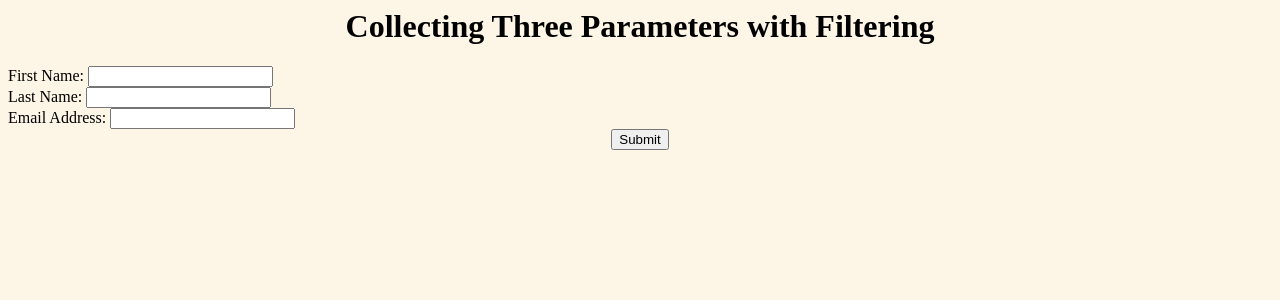
Repository: renchsan/CST-4713-JSP
Page: eclipse-workspace/exercise-forms/WebContent/registration-redirect.html
An editor plug-in stored every save of this project. The page is shown before and after the next save, followed by the edit.
The browser window is 1280 px wide. The pictures show the whole page.

Above is the page before, as saved 2018-09-25 20:19:41.

### eclipse-workspace/exercise-forms/WebContent/registration-redirect.html
<!DOCTYPE HTML PUBLIC "-//W3C//DTD HTML 4.0 Transitional//EN">
<HTML><HEAD><TITLE>Collecting Three Parameters with Filtering</TITLE></HEAD>
<BODY BGCOLOR="#FDF5E6">
<H1 ALIGN="CENTER">Collecting Three Parameters with Filtering</H1>

<FORM ACTION="registration" method="POST">
  First Name:  <INPUT TYPE="TEXT" NAME="param1"><BR>
  Last Name: <INPUT TYPE="TEXT" NAME="param2"><BR>
  Email Address:  <INPUT TYPE="TEXT" NAME="param3"><BR>
  <CENTER><INPUT TYPE="SUBMIT"></CENTER>
</FORM>

</BODY></HTML>

After the next save:
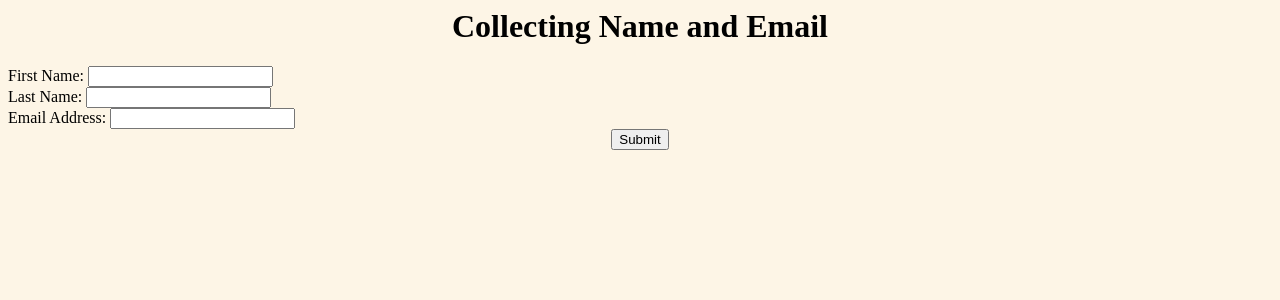
Saved 80 s later.
--- a/eclipse-workspace/exercise-forms/WebContent/registration-redirect.html
+++ b/eclipse-workspace/exercise-forms/WebContent/registration-redirect.html
@@ -1,7 +1,7 @@
 <!DOCTYPE HTML PUBLIC "-//W3C//DTD HTML 4.0 Transitional//EN">
-<HTML><HEAD><TITLE>Collecting Three Parameters with Filtering</TITLE></HEAD>
+<HTML><HEAD><TITLE>Collecting Name and Email</TITLE></HEAD>
 <BODY BGCOLOR="#FDF5E6">
-<H1 ALIGN="CENTER">Collecting Three Parameters with Filtering</H1>
+<H1 ALIGN="CENTER">Collecting Name and Email</H1>
 
 <FORM ACTION="registration" method="POST">
   First Name:  <INPUT TYPE="TEXT" NAME="param1"><BR>
